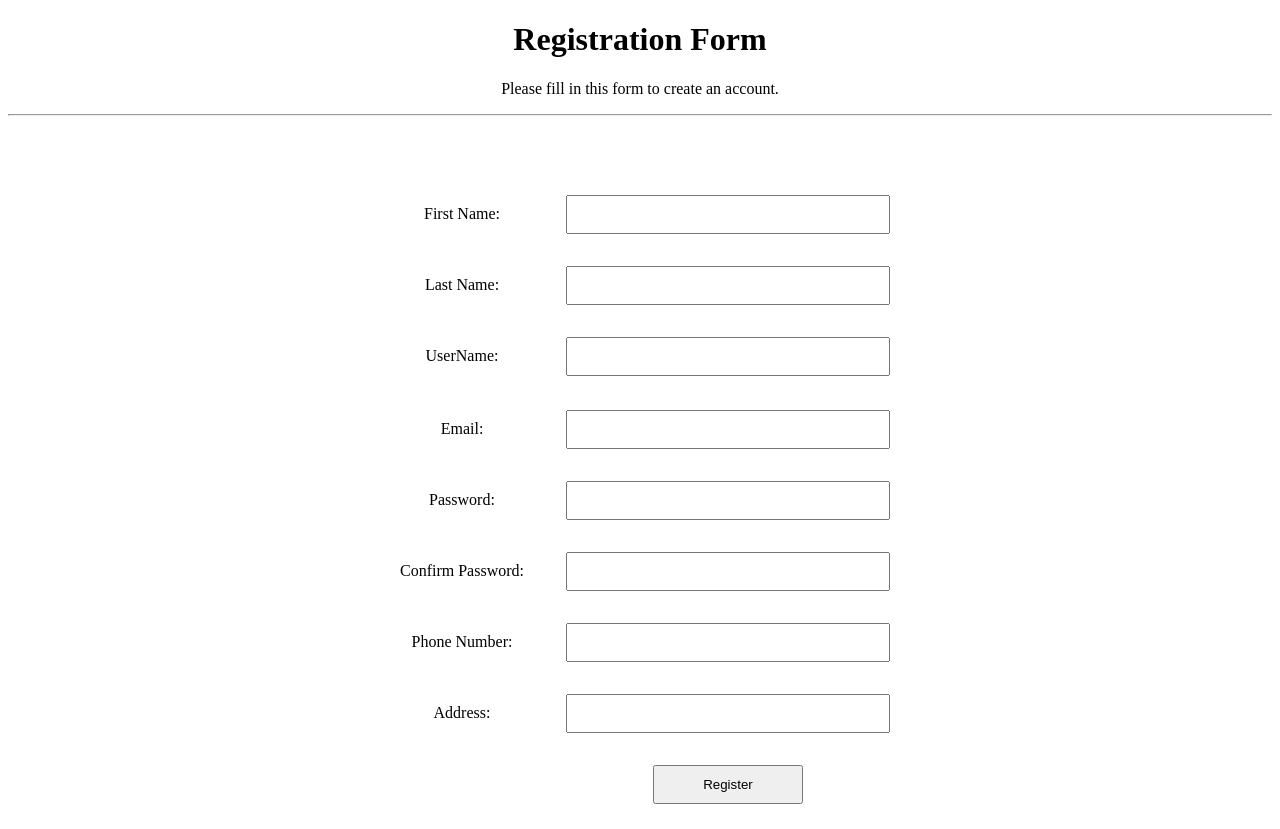
Repository: armanali13000/JAVA_CRUD
Page: http://localhost/CRUD_APP/MemberRegister.jsp
These files come from the project's save history. The page is drawn as it stood at one moment and after the next save; the edit follows.
The browser window is 1280 px wide. The pictures show the whole page.
The page is served by Tomcat 9.

Above is the page before, as saved 2023-02-26 10:18:35.

### CRUD_APP/src/main/webapp/MemberRegister.jsp
<%@ page language="java" contentType="text/html; charset=ISO-8859-1"
    pageEncoding="ISO-8859-1"%>
<!DOCTYPE html>
<html>
<head>
<meta charset="ISO-8859-1">
<title>Registration Form</title>

	<style type="text/css">

		.registration
		{
			text-align: center;
		}
		label, input
		{
			margin: 5px;
			padding: 10px;
			width: 300px;
		}
		#button
		{
			width: 150px;
		}
	</style>

</head>
<body>
	<form class="registration" action="Register" method="post">
	<h1>Registration Form</h1>
    <p>Please fill in this form to create an account.</p>
    <hr><br><br><br>
    <table align="center" cellpadding="10px">
			<tr>
					<td><label>First Name:</label></td>
					<td><input id="input" type="text"></input></td>
			</tr>
			<tr>
					<td><label>Last Name:</label></td>
					<td><input id="input" type="text"></input></td>
			</tr>
    		<tr>
					<td><label>UserName:</label></td>
					<td><input id="input" type="text"></input></td>
			</tr>
			<tr>
			<tr>
					<td><label>Email:</label></td>
					<td><input id="input" type="email"></input></td>
			</tr>
					<td><label>Password:</label></td>
					<td><input id="input" type="password"></input></td>
			</tr>
			<tr>
					<td><label>Confirm Password:</label></td>
					<td><input id="input" type="password"></input></td>
			</tr>
			<tr>
					<td><label>Phone Number:</label></td>
					<td><input id="input" type="text"></input></td>
			</tr>
			<tr>
					<td><label>Address:</label></td>
					<td><input id="input" type="text"></input></td>
			</tr>
			<tr>
				<td></td>
				<td><input id="button" type="submit" value="Register"></input></td>
			</tr>


	<!-- <input type="text" name="name" placeholder="Enter First Name"><br><br>
	<label>Last Name</label>
	<input type="text" name="name" placeholder="Enter Last Name"><br><br>
	<label>UserName</label>
	<input type="text" name="username" placeholder="Enter UserName"><br><br>
	<label>Email</label>
	<input type="email" name="email" placeholder="Enter Email"><br><br>
	<label>Password</label>
	<input type="password" name="password" placeholder="Enter Password"><br><br>
	<label>Confirm Password</label>
	<input type="password" name="Password" placeholder="Enter Confirm Password"><br><br>
	<label>Phone</label>
	<input type="number" name="phone" placeholder="Enter Phone"><br><br>
	<label>Address</label>
	<input type="text" name="address" placeholder="Enter Address"><br><br>
	<input id="sub" type="submit" value="Register"> -->

    </table>

	</form>
</body>
</html>

After the next save:
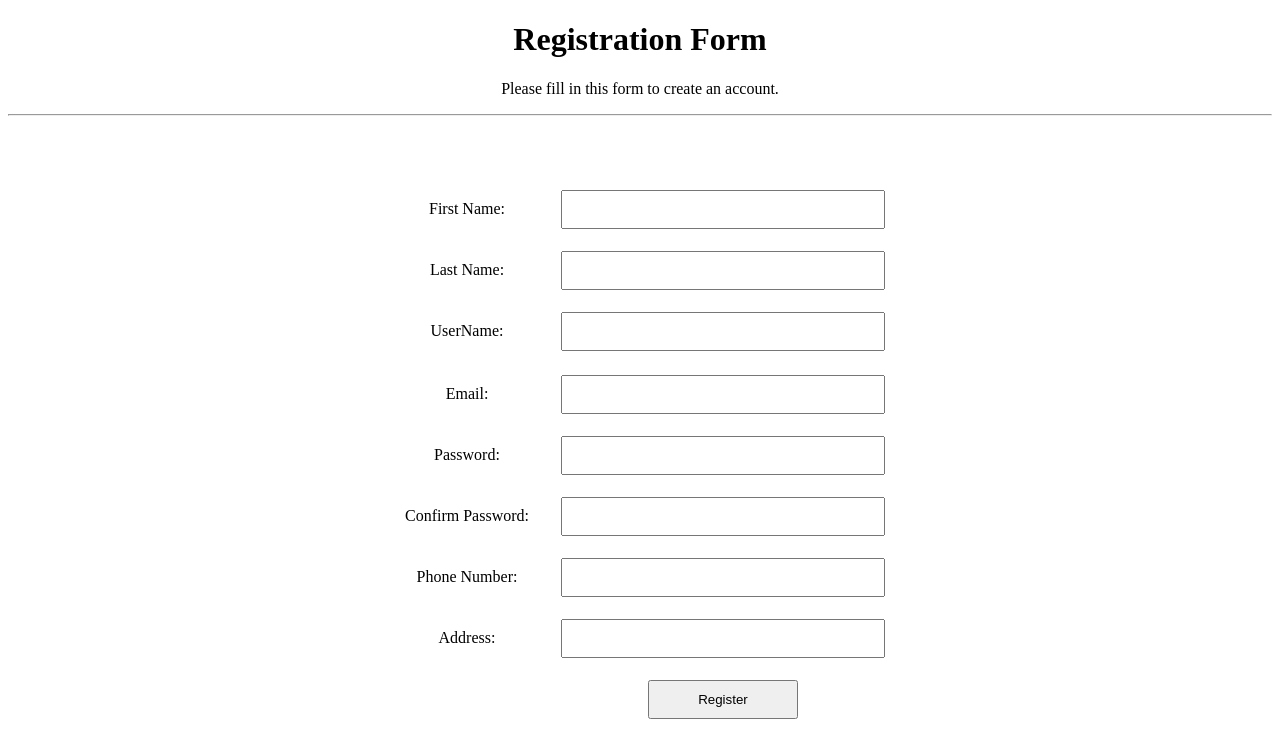
Saved 14 s later.
--- a/CRUD_APP/src/main/webapp/MemberRegister.jsp
+++ b/CRUD_APP/src/main/webapp/MemberRegister.jsp
@@ -30,7 +30,7 @@
 	<h1>Registration Form</h1>
     <p>Please fill in this form to create an account.</p>
     <hr><br><br><br>
-    <table align="center" cellpadding="10px">
+    <table align="center" cellpadding="5px">
 			<tr>
 					<td><label>First Name:</label></td>
 					<td><input id="input" type="text"></input></td>
